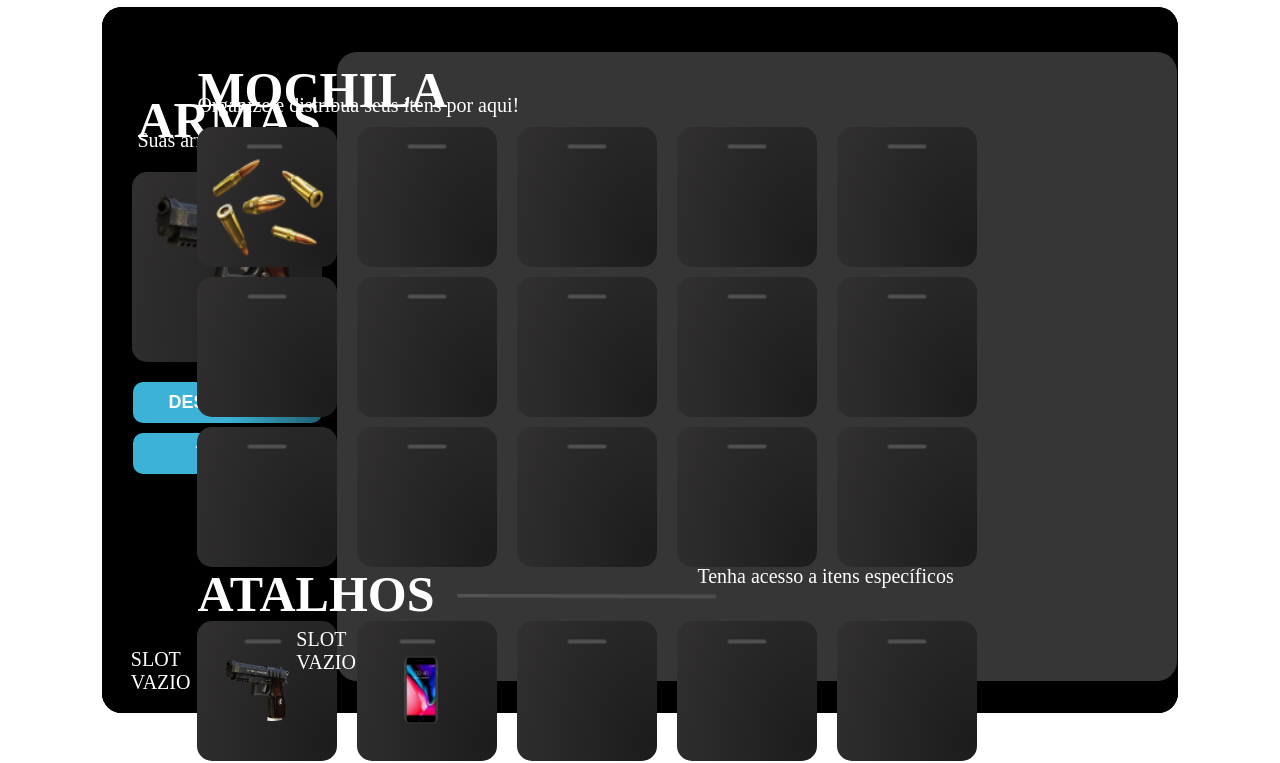
Repository: DuMCorrea/Mochila
Page: index.html
The author's editor kept a copy of each file at every save. The page is drawn from the files as they stood at one save, then again after the next save.
The browser window is 1280 px wide. The pictures show the whole page.
Some web fonts or font styles are not loaded; a fallback is used.

Above is the page before, as saved 2024-09-03 10:19:53.

After the next save:
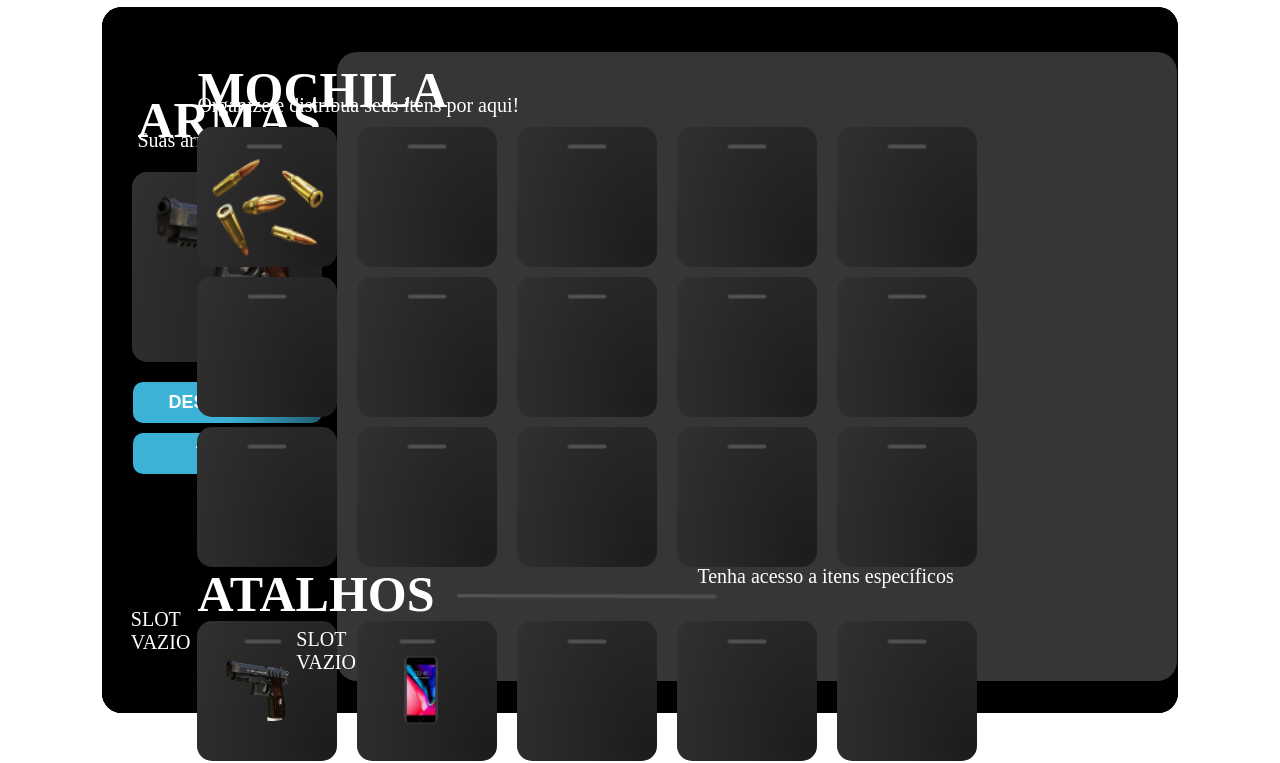
Saved 6 s later.
--- a/index.html
+++ b/index.html
@@ -91,7 +91,7 @@
                             <div class="square">
                                 <img src="assets/traco.png" alt="Imagem" class="square-image-unic">
                                 <img src="assets/ARMA.png" class="arma-image">
-                                <p style="font-size: 20px; position: relative; bottom: 10px;">SLOT VAZIO</p>
+                                <p style="font-size: 20px; position: relative; bottom: 50px;">SLOT VAZIO</p>
                             </div>
                             <div class="square">
                                 <img src="assets/traco.png" alt="Imagem" class="square-image-unic">
